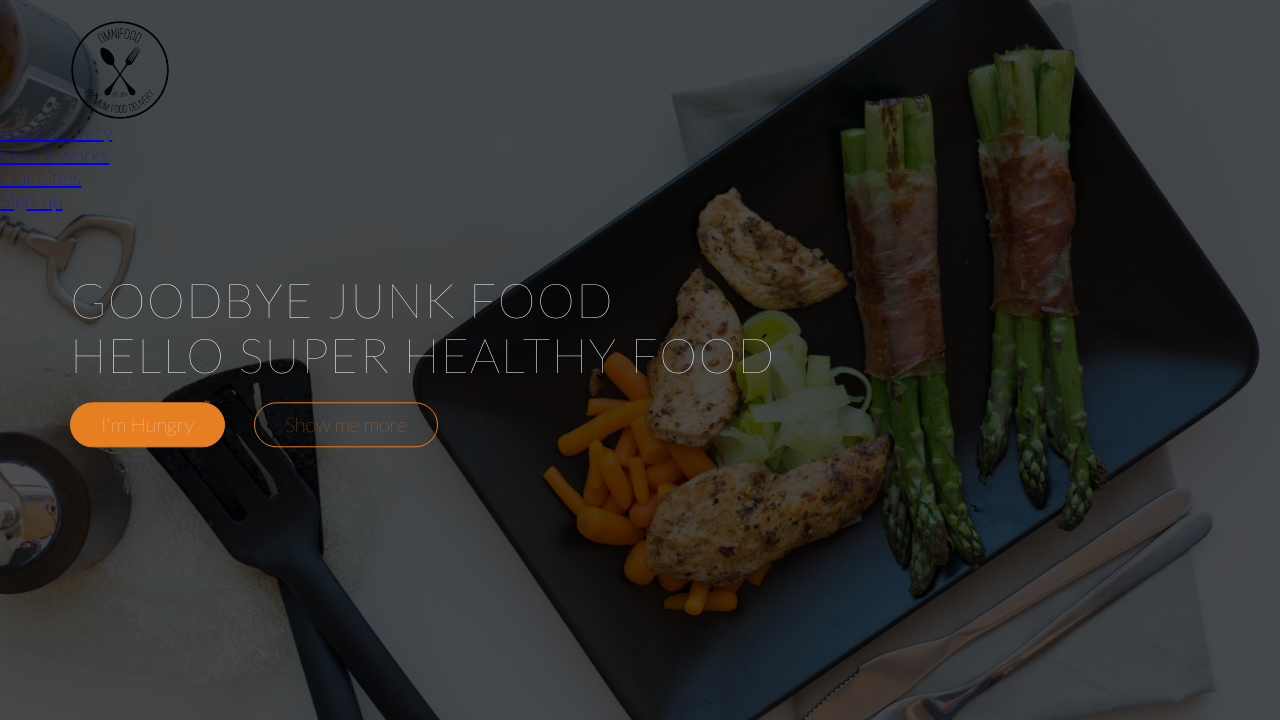
Repository: Priyanshubhartistm/FOODS-PROJECT
Page: index.html
An editor plug-in stored every save of this project. The page is shown before and after the next save, followed by the edit.
The browser window is 1280 px wide. The pictures show the whole page.

Above is the page before, as saved 2023-02-15 16:02:17.

### index.html
<!DOCTYPE html>
<html>

<head>
    <title>My food project</title>
    <!-- Linking Normalize CSS file to html document to makes browsers render all elements more consistently and in line with modern standards. -->
    <link rel="stylesheet" href="vendors/css/normalize.css">
    <link rel="stylesheet" href="vendors/css/grid.css">
    <!-- Linking Google Fonts here -->
    <link rel="preconnect" href="https://fonts.googleapis.com">
    <link rel="preconnect" href="https://fonts.gstatic.com" crossorigin>
    <link href="https://fonts.googleapis.com/css2?family=Lato:wght@100;700&display=swap" rel="stylesheet">
    <!-- Linking Style sheet to html document -->
    <link rel="stylesheet" href="resources/css/style.css">

</head>

<body>
    <header>

        <nav>
            <div class="row">
                <img class="logo" src="resources/img/logo.png" alt="log-img">
            </div>
            <ul class="main-nav">
                <li><a href="#">Food delivery</a></li>
                <li><a href="#">How it works</a></li>
                <li><a href="#">Our cities</a></li>
                <li><a href="#">Sign-up</a></li>

            </ul>
        </nav>

        <div class="hero-text-box">
            <h1>Goodbye Junk food <br> Hello super healthy food</h1>
            <a class="btn btn-full" href="#">I'm Hungry</a>
            <a class="btn btn-ghost" href="#">Show me more</a>
        </div>
    </header>

</body>

</html>

### resources/css/style.css
* {
    margin: 0;
    padding: 0;
    box-sizing: border-box;
}

html {
    background-color: #ffffff;
    color: #555;
    font-family: 'Lato', sans-serif;
    font-weight: 300;
    font-size: 20px;
    text-rendering: optimizeLegibility;
}

.row {
    max-width: 1140px;
    margin: 0 auto;

}

header {
    background-image: linear-gradient(rgba(0, 0, 0, 0.7), rgba(0, 0, 0, 0.7)), url('img/hero.jpg');
    height: 100vh;
    background-size: cover;
    background-position: center;
}

h1 {
    margin-top: 0px;
    margin-bottom: 20px;
    color: white;
    font-size: 240%;
    font-weight: 300;
    text-transform: uppercase;
    letter-spacing: 1px;
    word-spacing: 3px;
}

.hero-text-box {
    position: absolute;
    width: 1140px;
    top: 50%;
    left: 50%;
    transform: translate(-50%, -50%);
}

.btn:link,
.btn:visited {
    display: inline-block;
    padding: 10px 30px;
    text-decoration: none;
    font-weight: 300;
    border-radius: 200px;
    transition: background-color 0.2s, border 0.2s, color 0.2s;

}

.btn-full:link,
.btn-full:visited {
    background-color: #e67e22;
    color: #fff;
    border: 1px solid #e67e22;
    margin-right: 25px;
}

.btn-ghost:visited,
.btn-ghost:link {
    border: 1px solid #e67e22;
    color: #e67e22;
}

.btn:hover,
.btn:active {
    background-color: #cf6d17;
}

.btn-ghost:hover,
.btn-ghost:active {
    border: 1px solid #cf6d17;
    color: #fff;

}

.btn-full:hover,
.btn-full:active {
    border: 1px solid #cf6d17;
}

.logo{
    height: 100px;
    width: auto;
    float: left;
    margin-top: 20px;
}

.main-nav{
    float: ;
}

Loaded but not shown: vendors/css/normalize.css (library); vendors/css/grid.css (library)

After the next save:
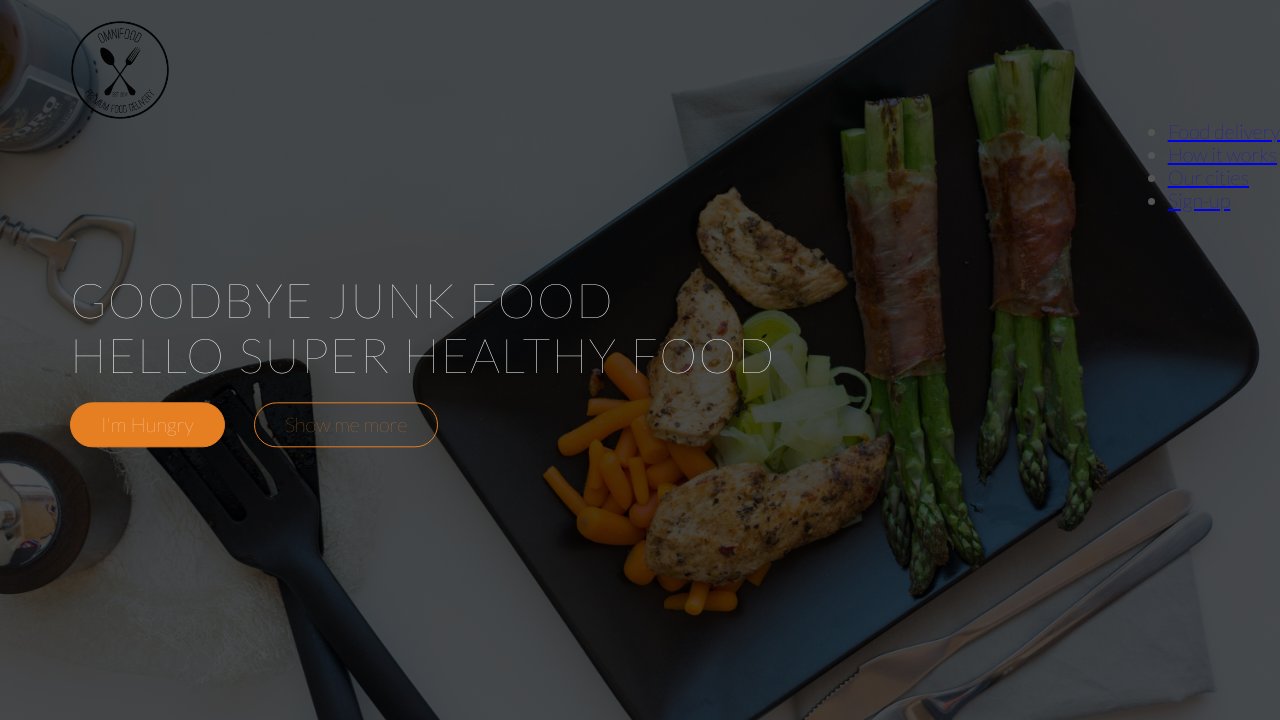
Saved 4 s later.
--- a/resources/css/style.css
+++ b/resources/css/style.css
@@ -95,5 +95,5 @@ h1 {
 }
 
 .main-nav{
-    float: ;
+    float: right;
 }
